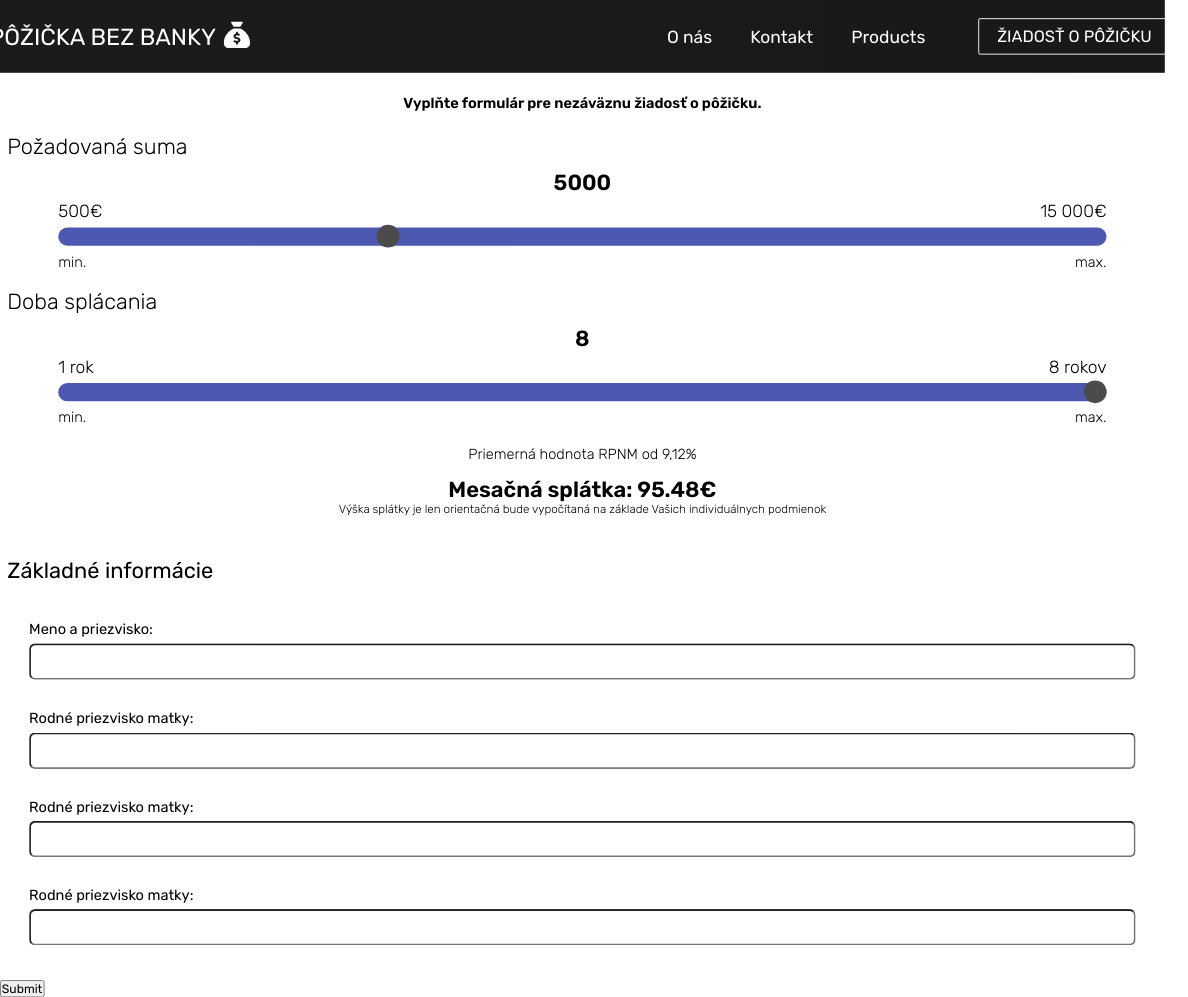
Repository: steve-lgtm/React-website-pozickabezbanky
Page: /ziadost
These files come from the project's save history. The page is drawn as it stood at one moment and after the next save; the edit follows.
The browser window is 1280 px wide. The page is 1305 px wide, so the pictures cover 1305 px, including what lies to the right of the window. The pictures show the whole page, at 91% of full size.
Some web libraries are served in a nearby version. The project was rebuilt for these pictures with package versions that can differ from the ones it lists, and the page was loaded fresh each time. Also part of the build but not shown: src/components/pages/Home.js, src/components/pages/Kontakt.js, src/components/pages/Products.js.

Above is the page before, as saved 2022-07-11 19:33:40.

### src/App.js
import React from 'react';
import Navbar from './components/Navbar';
import './App.css';
import Home from './components/pages/Home.js';
import { BrowserRouter as Router, Routes, Route } from 'react-router-dom';
import Kontakt from './components/pages/Kontakt';
import Products from './components/pages/Products';
import Ziadost from './components/pages/Ziadost';
import { library } from '@fortawesome/fontawesome-svg-core'
import { fas } from '@fortawesome/free-solid-svg-icons'


library.add(fas)


function App() {
  return (
      <Router>
        <Navbar />
        <Routes>
          <Route path='/' exact element={<Home />} />
          <Route path='/kontakt' element={<Kontakt/>} />
          <Route path='/products' element={<Products/>} />
          <Route path='/ziadost' element={<Ziadost/>} />
        </Routes>
      </Router>
  );
}

export default App;

### src/components/Navbar.js
import React, { useState, useEffect } from 'react';
import { Button } from './Button';
import { Link } from 'react-router-dom';
import './Navbar.css';
import { FontAwesomeIcon } from '@fortawesome/react-fontawesome';

function Navbar() {
  const [click, setClick] = useState(false);
  const [button, setButton] = useState(true);

  const handleClick = () => setClick(!click);
  const closeMobileMenu = () => setClick(false);

  const showButton = () => {
    if (window.innerWidth <= 1040) {
      setButton(false);
    } else {
      setButton(true);
    }
  };

  useEffect(() => {
    showButton();
  }, []);

  window.addEventListener('resize', showButton);

  return (
    <>
      <nav className='navbar'>
        <div className='navbar-container'>
          <Link to='/' className='navbar-logo' onClick={closeMobileMenu}>
            PÔŽIČKA BEZ BANKY
           {/* <FontAwesomeIcon icon="fa-solid fa-money-bill-1-wave" className='nav-icon'/> */}
           <FontAwesomeIcon icon="fa-solid fa-sack-dollar" className='nav-icon' />
          </Link>
          <div className='menu-icon' onClick={handleClick}>
            <i className={click ? 'fas fa-times' : 'fas fa-bars'} />
          </div>
          <ul className={click ? 'nav-menu active' : 'nav-menu'}>
            <li className='nav-item'>
              <Link to='/' className='nav-links' onClick={closeMobileMenu}>
                O nás
              </Link>
            </li>
            <li className='nav-item'>
              <Link
                to='/kontakt'
                className='nav-links'
                onClick={closeMobileMenu}
              >
                Kontakt
              </Link>
            </li>
            <li className='nav-item'>
              <Link
                to='/products'
                className='nav-links'
                onClick={closeMobileMenu}
              >
                Products
              </Link>
            </li>

            <li>
              <Link
                to='/ziadost'
                className='nav-links-mobile'
                onClick={closeMobileMenu}
              >
                ŽIADOSŤ O PÔŽIČKU
              </Link>
            </li>
          </ul>
          {button && <Button buttonStyle='btn--outline'>ŽIADOSŤ O PÔŽIČKU</Button>}
        </div>
      </nav>
    </>
  );
}

export default Navbar;

### src/App.css
@import url('https://fonts.googleapis.com/css2?family=Rubik:wght@300;400;600&display=swap');
* {
  box-sizing: border-box;
  margin: 0;
  padding: 0;
  font-family: 'Rubik', sans-serif;



}

.home,
.services,
.products,
.sign-up {
  display: flex;
  height: 89vh;
  align-items: center;
  justify-content: center;
  font-size: 3rem;
}

.services {
  background-color: blue;
  background-size: cover;
  background-repeat: no-repeat;
  color: rgb(0, 0, 0);
  font-size: 20px;
}

.products {
  background-color: blue;
  background-position: center;
  background-size: cover;
  background-repeat: no-repeat;
  color: #fff;
  font-size: 100 rem;
}

.sign-up {
  background-position: center;
  background-size: cover;
  background-repeat: no-repeat;
  color: rgb(0, 0, 0);
  font-size: 100px;
}
.home {
  background-position: center;
  background-size: cover;
  background-repeat: no-repeat;
  color: rgb(0, 0, 0);
  font-size: 100px;
}

### src/components/pages/Ziadost.js
import React from 'react';
import '../../App.css';
import './Ziadost.css'
import { useState } from 'react';
import { useFormik} from 'formik'

function PMT(ir, np, pv, fv, type) {

  //  * ir   - interest rate per month
  //  * np   - number of periods (months)
   // * pv   - present value
   // * fv   - future value
  //  * type - when the payments are due:
 //   *        0: end of the period, e.g. end of month (default)
  //  *        1: beginning of period

   var pmt, pvif;

   fv || (fv = 0);
   type || (type = 0);

   if (ir === 0)
       return -(pv + fv)/np;

   pvif = Math.pow(1 + ir, np);
   pmt = - ir * pv * (pvif + fv) / (pvif - 1);

   if (type === 1)
       pmt /= (1 + ir);


   return pmt;}

export default function Ziadost() {
  const [mounthAmount, setMounthAmount] = useState(95.48);
  const formik =  useFormik({
    initialValues: {
      amount: 5000,
      period: 8,
      name: '',
      surnameMom:''
    },
    onSubmit: values => {
      console.log('Form data',values)
    },
    validate: values => {
      let errors ={}

      if(!values.name) {
        errors.name = 'Requiered'
      }

      if(!values.surnameMom) {
        errors.name = 'Requiered'
      }

      return errors
    }
  });

 const changeAmount = (e) => {
  let urk_sdz = 0.1834;
  if(e.target.name==='amount'){
    let urk_sdz = 0.1834;
    if ( formik.values.period===1) urk_sdz = 0.3910;
    if ( formik.values.period>1 && formik.values.period<6 ) urk_sdz = 0.2098; //0.22;
    if ( formik.values.period>5 && formik.values.period<9 ) urk_sdz = 0.1834;
    let finalAmount = Math.round(PMT(Math.pow((1+urk_sdz),1/12)-1,(formik.values.period*12),-1*e.target.value)*100) /100;
  setMounthAmount(finalAmount)}

  if(e.target.name==='period'){
    if ( e.target.value===1) urk_sdz = 0.3910;
    if ( e.target.value>1 && e.target.value<6 ) urk_sdz = 0.2098; //0.22;
    if ( e.target.value>5 && e.target.value<9 ) urk_sdz = 0.1834;
    let finalAmount = Math.round(PMT(Math.pow((1+urk_sdz),1/12)-1,(e.target.value*12),-1*formik.values.amount)*100) /100;
    setMounthAmount(finalAmount)}
  };
  return (
    <>
      <h1 className='header-form'>
          Vyplňte formulár pre nezáväznu žiadosť o pôžičku.
        </h1>
      <form onSubmit={formik.handleSubmit}>
      <div className='container-form'>
        <div className='section-name'>Požadovaná suma</div>
            <h2>{formik.values.amount}</h2>
            <div className="containerslider">
                <div className="pullleft" style={{fontSize:"1.2rem"}}>
                    500€
                </div>
                <div className="pullright" style={{fontSize:"1.2rem"}}>
                    15 000€
                </div>
            <input type="range" name="amount" step="100" min="500" max="15000" onChange={(e) =>{formik.handleChange(e); changeAmount(e)}} value={formik.values.amount} className="slider" id="suma"/>
            <div className="pullleft" style={{fontSize: "1rem"}}>
                min.
            </div>
            <div className="pullright" style={{fontSize: "1rem"}}>
                max.
            </div>
            </div>

       <div className='section-name'>Doba splácania</div>
       <h2>{formik.values.period}</h2>
            <div className="containerslider">
                <div className="pullleft" style={{fontSize:"1.2rem"}}>
                    1 rok
                </div>
                <div className="pullright" style={{fontSize:"1.2rem"}}>
                    8 rokov
                </div>
            <input type="range" name="period" step="1" min="1" max="8" onChange={(e) => {formik.handleChange(e); changeAmount(e)}} value={formik.values.period} className="slider" id="doba"/>
            <div className="pullleft" style={{fontSize: "1rem"}}>
                min.
            </div>
            <div className="pullright" style={{fontSize: "1rem"}}>
                max.
            </div>
            </div>
            <div className="info">
        Priemerná hodnota RPNM od 9,12%
        </div>
        <h2> Mesačná splátka: {mounthAmount}€</h2>
        <div className="info2">
            Výška splátky je len orientačná bude vypočítaná na základe Vašich individuálnych podmienok
        </div>
            </div>
          <div className='personal-data'>
          <div className='section-name'>Základné informácie</div>
            <div className='personal-data-field'>
          <label htmlFor="name">Meno a priezvisko:</label>
      <input type="text" name="name" id="name" onChange={formik.handleChange} value={formik.values.name}/>
      </div>
      <div className='personal-data-field'>
      <label htmlFor="surnameMom">Rodné priezvisko matky:</label>
      <input type="text" name="surnameMom" id="surnameMom" onChange={formik.handleChange} value={formik.values.surnameMom}/>
            </div>
            <div className='personal-data-field'>
      <label htmlFor="surnameMom">Rodné priezvisko matky:</label>
      <input type="text" name="surnameMom" id="surnameMom" onChange={formik.handleChange} value={formik.values.surnameMom}/>
            </div>
            <div className='personal-data-field'>
      <label htmlFor="surnameMom">Rodné priezvisko matky:</label>
      <input type="text" name="surnameMom" id="surnameMom" onChange={formik.handleChange} value={formik.values.surnameMom}/>
            </div>
            </div>
            <button type='submit'>Submit</button>
      </form>

    </>
  );
}

### src/components/Button.js
// import React from 'react';
// import './Button.css';
// import { Link } from 'react-router-dom';

// export function Button() {
//   return (
//     <Link to='sign-up'>
//       <button className='btn'>Sign Up</button>
//     </Link>
//   );
// }

import React from 'react';
import './Button.css';
import { Link } from 'react-router-dom';

const STYLES = ['btn--primary', 'btn--outline', 'btn--test'];

const SIZES = ['btn--medium', 'btn--large'];

export const Button = ({
  children,
  type,
  onClick,
  buttonStyle,
  buttonSize
}) => {
  const checkButtonStyle = STYLES.includes(buttonStyle)
    ? buttonStyle
    : STYLES[0];

  const checkButtonSize = SIZES.includes(buttonSize) ? buttonSize : SIZES[0];

  return (
    <Link to='/ziadost' className='btn-mobile'>
      <button
        className={`btn ${checkButtonStyle} ${checkButtonSize}`}
        onClick={onClick}
        type={type}
      >
        {children}
      </button>
    </Link>
  );
};

### src/components/Navbar.css
.navbar {
    background: linear-gradient(90deg, rgb(28, 27, 27) 0%, rgb(26, 23, 23) 100%);
    height: 80px;
    display: flex;
    justify-content: center;
    align-items: center;
    font-size: 1.2rem;
    position: sticky;
    top: 0;
    z-index: 999;
    font-weight: 400;
    white-space: nowrap;
  }

  .navbar-container {
    display: flex;
    justify-content: center;
    align-items: center;
    height: 80px;
    max-width: 1500px;
  }

  .navbar-logo {
    color: #fff;
    justify-self: start;
    margin-left: 0.5em;
    cursor: pointer;
    text-decoration: none;
    font-size: 1.6rem;
    display: flex;
    align-items: center;

  }

  .nav-icon {
    margin-left: 0.3em;
    margin-bottom: 0.1em;
    font-size: 1.8rem;
  }

  .nav-menu {
    display: grid;
    grid-template-columns: repeat(4, auto);
    grid-gap: 10px;
    list-style: none;
    text-align: center;
    width: 60vw;
    justify-content: end;
    margin-right: 2rem;
  }

  .nav-item {
    height: 3.5em;
  }

  .nav-links {
    color: #fff;
    display: flex;
    align-items: center;
    text-decoration: none;
    padding: 0.5rem 1rem;
    height: 100%;
  }

  .nav-links:hover {
    border-bottom: 4px solid #fff;
    transition: all 0.2s ease-out;
  }

  .fa-bars {
    color: rgb(255, 255, 255);
  }

  .nav-links-mobile {
    display: none;
  }

  .menu-icon {
    display: none;
  }

  @media screen and (max-width: 1040px) {
    .NavbarItems {
      position: relative;
    }

    .nav-menu {
      display: flex;
      flex-direction: column;
      justify-content: flex-start;
      width: 100%;
      height: 100vh;
      position: absolute;
      top: 80px;
      left: -100%;
      opacity: 1;
      transition: all 0.5s ease;
    }

    .nav-menu.active {
      background: #242222;
      left: 0;
      opacity: 1;
      transition: all 0.5s ease;
      z-index: 1;
    }

    .nav-links {
      font-size: 1.5rem;
      text-align: center;
      padding: 2rem;
      width: 100%;
      display: table;
    }

    .nav-links:hover {
      background-color: #fff;
      color: #242424;
      border-radius: 0;
    }

    .navbar-logo {
      float: left;}

    .navbar {
      justify-content: flex-start;
    }
    .navbar-container {
      float: left;
    }
    .menu-icon {
      display: block;
      position: absolute;
      top: 0;
      right: 0;
      transform: translate(-100%, 60%);
      font-size: 1.8rem;
      cursor: pointer;
    }

    .fa-times {
      color: #fff;
      font-size: 2rem;
    }

    .nav-links-mobile {
      display: block;
      text-align: center;
      margin: 2rem auto;
      border-radius: 4px;
      width: 80%;
      text-decoration: none;
      font-size: 1.5rem;
      background-color: transparent;
      color: #fff;
      padding: 14px 20px;
      border: 1px solid #fff;
      transition: all 0.3s ease-out;
    }

    .nav-links-mobile:hover {
      background: #fff;
      color: #242424;
      transition: 250ms;
    }
  }

### src/components/pages/Ziadost.css

.container-form {
margin: 0.5em;
display: flex;
flex-direction: column;
align-items: center;
font-weight: 300;
}
.pullleft{
    margin-top:0.3em;
    margin-bottom: 0.3em;
    float: left;

}
.pullright{
    margin-top:0.3em;
    margin-bottom: 0.3em;
    float: right;
}

.containerslider {
    width: 90vw;
    margin-bottom: 1em;
}
.header-form {
    text-align: center;
    font-size: 1rem;
    padding: 1em;
    padding-top: 1.5em;
}
.info{
    font-size: 1rem;
    color:black;
    text-align: center;
    margin-bottom: 1em;
}
.info2{
    font-size: 0.8rem;
    color:black;
    text-align: center;
    margin-bottom: 1em;
}
.slider {
    -webkit-appearance: none;
    width: 100%;
    height: 20px;
    background: #021391;
    outline: none;
    opacity: 0.7;
    -webkit-transition: .2s;
    transition: opacity .2s;
    border-radius: 1em;

  }
.section-name {
    align-self: flex-start;
    font-size: 1.5em;
    margin-bottom: 0.5em;
}

  .slider::-webkit-slider-thumb {
    -webkit-appearance: none;
    appearance: none;
    width: 25px;
    height: 25px;
    background: #000000;
    cursor: pointer;
    border-radius: 40px;
  }

  .slider::-moz-range-thumb {
    width: 25px;
    height: 25px;
    background: #000000;
    cursor: pointer;
  }
.arrow{
    width: 70px;
    margin-bottom: -1em;
}

.personal-data{
    display: flex;
    flex-direction: column;
    justify-content:space-evenly;
    height: 30em;
    margin: 0.5em;
}
.personal-data-field{
    display: flex;
    flex-direction: column;
    justify-content:space-around;
    height: 4.5em;
    margin: 0 1.5em;
}
input[type=text] {
    border-radius: 0.5em;
    height: 3em;
    padding: 8px 10px;
}

### src/components/Button.css
:root {
  --primary: #fff;
}

.btn {
  padding: 8px 20px;
  border-radius: 2px;
  outline: none;
  border: none;
  cursor: pointer;
}

.btn--primary {
  background-color: var(--primary);
  color: #242424;
  border: 1px solid var(--primary);
}

.btn--outline {
  background-color: transparent;
  color: #fff;
  padding: 8px 20px;
  border: 1px solid var(--primary);
  transition: all 0.3s ease-out;
}

.btn--medium {
  margin-right: 1em;
  padding: 8px 20px;
  font-size: 18px;
}

.btn--large {
  padding: 12px 26px;
  font-size: 20px;
}

.btn--large:hover,
.btn--medium:hover {
  transition: all 0.3s ease-out;
  background: #fff;
  color: #242424;
  transition: 250ms;
}

Loaded but not shown: public/index.html (common file); src/index.js (common file); src/index.css (common file)

After the next save:
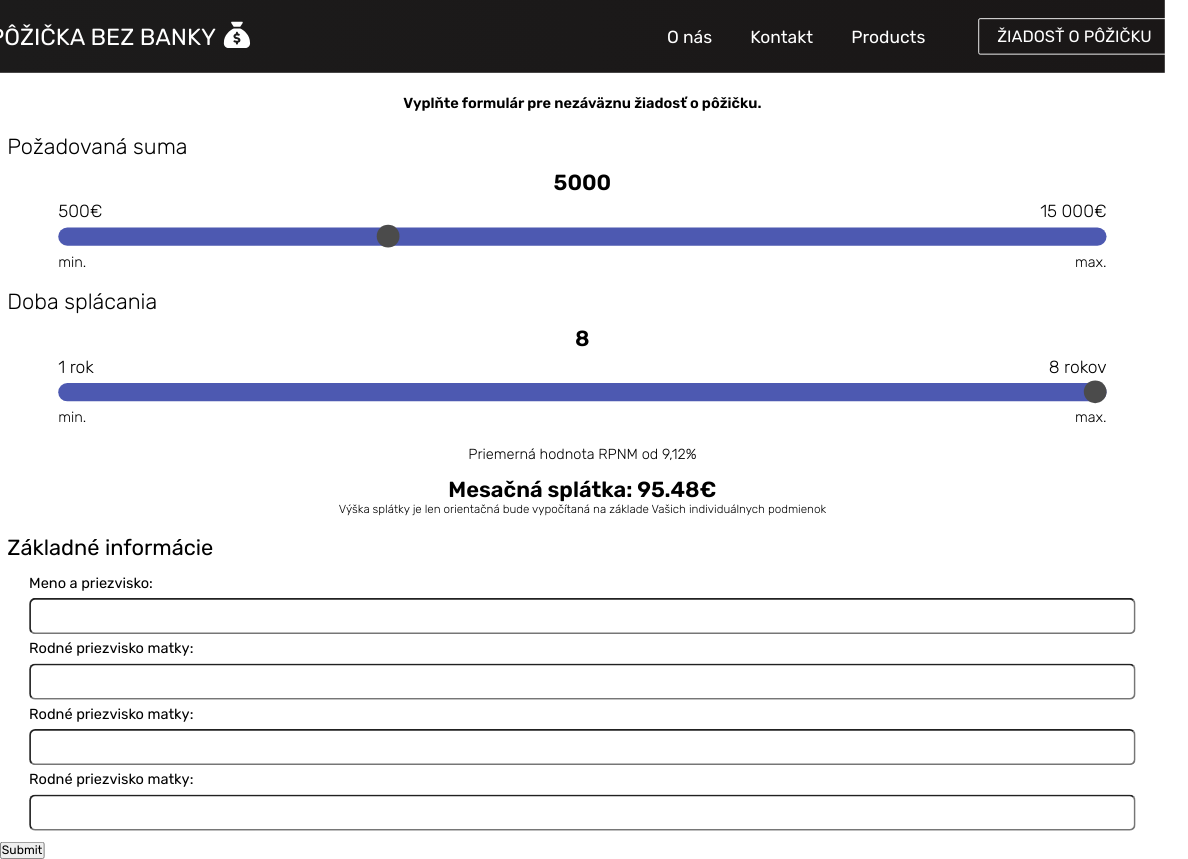
Saved 11 s later.
--- a/src/components/pages/Ziadost.css
+++ b/src/components/pages/Ziadost.css
@@ -83,7 +83,6 @@ font-weight: 300;
     display: flex;
     flex-direction: column;
     justify-content:space-evenly;
-    height: 30em;
     margin: 0.5em;
 }
 .personal-data-field{
